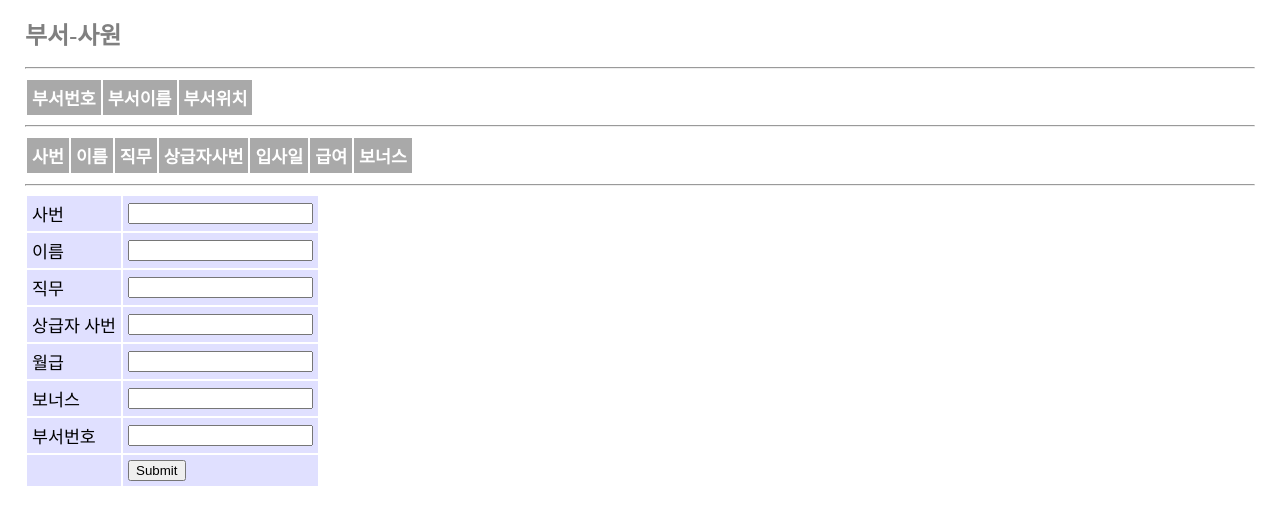
Repository: xlwpdlkim0417/STS4
Page: http://localhost/_sb0322-1/WEB-INF/views/root.jsp
The author's editor kept a copy of each file at every save. The page is drawn from the files as they stood at one save, then again after the next save.
The browser window is 1280 px wide. The pictures show the whole page.
The page is served by Tomcat 9. Nobody is signed in. The template is opened directly, without the code that normally fills it, so the values that code supplies are empty.

Above is the page before, as saved 2024-03-22 08:21:35.

After the next save:
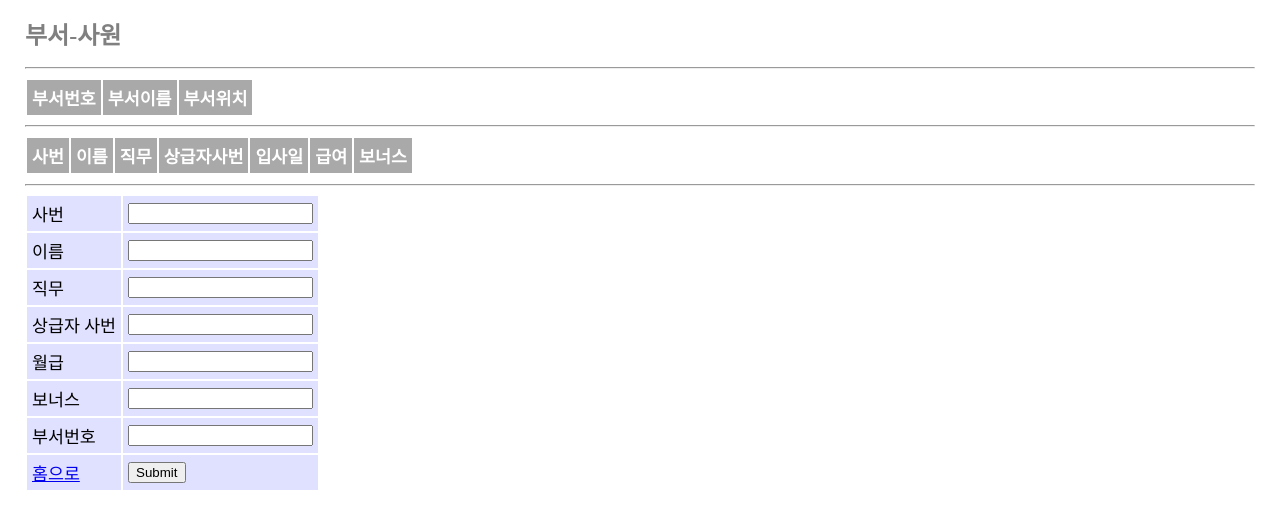
Saved 5 s later.
--- a/_sb0322-1/src/main/webapp/WEB-INF/views/root.jsp
+++ b/_sb0322-1/src/main/webapp/WEB-INF/views/root.jsp
@@ -112,7 +112,7 @@ td {
 				<td><input type="text" name="detpno" /></td>
 			</tr>
 			<tr>
-				<td><a href="/" ></a> </td>
+				<td><a href="/">홈으로</a></td>
 				<td><input type="submit" /></td>
 			</tr>
 		</form>
